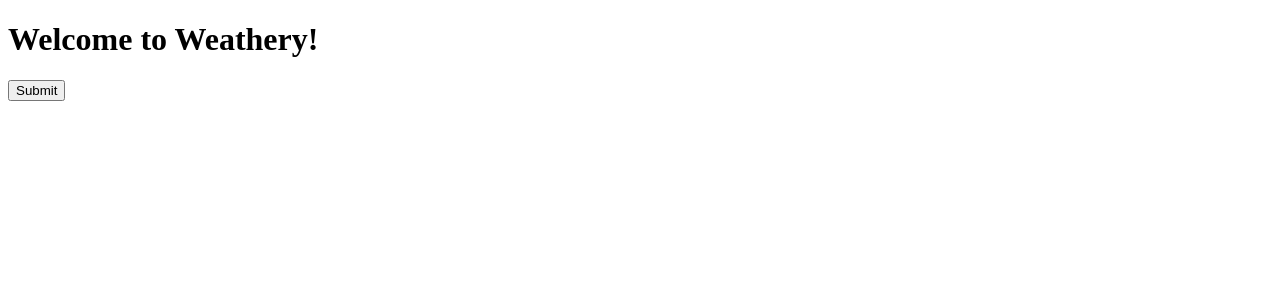
Repository: Chaunce-y/Weathery
Page: index.html
An editor plug-in stored every save of this project. The page is shown before and after the next save, followed by the edit.
The browser window is 1280 px wide. The pictures show the whole page.

Above is the page before, as saved 2020-08-20 13:14:34.
Console error (its wording comes from the project's code and is left out).

After the next save:
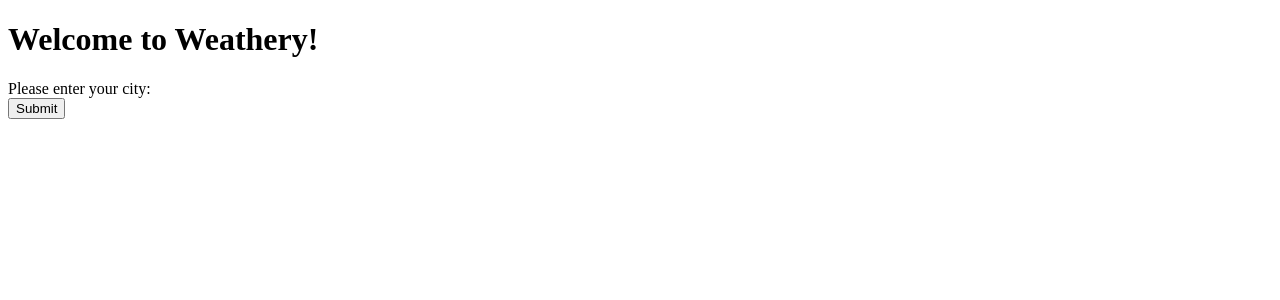
Saved 2 h 30 min later.
--- a/index.html
+++ b/index.html
@@ -3,13 +3,14 @@
 <head>
     <meta charset="UTF-8">
     <meta name="viewport" content="width=device-width, initial-scale=1.0">
+    <script src="https://unpkg.com/axios/dist/axios.min.js"></script>
     <title>Weathery</title>
 </head>
 <body>
     <h1>Welcome to Weathery!</h1>
     <div>
         <form>
-
+            Please enter your city:
         </form>
         <button type="submit">Submit</button>
     </div>
